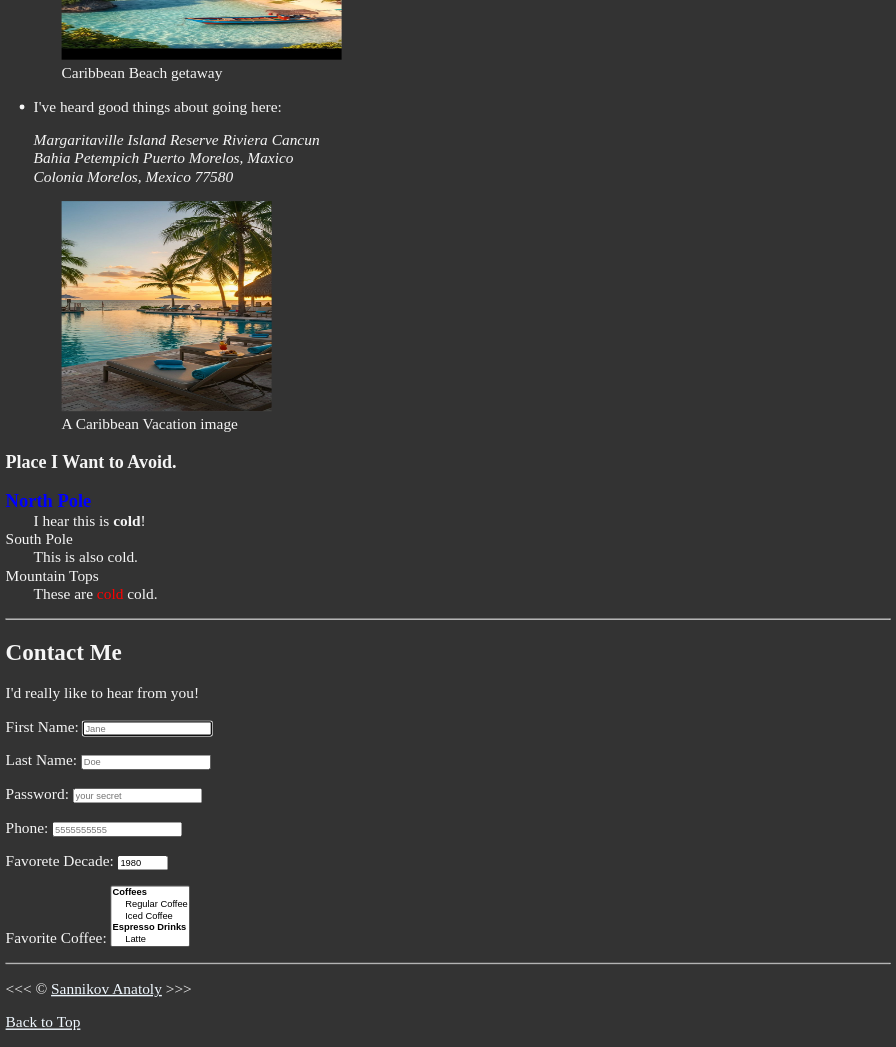
Repository: sannikovcode/exercises-a1
Page: JS/test1/task3/index.html
An editor plug-in stored every save of this project. The page is shown before and after the next save, followed by the edit.
The browser window is 1280 px wide. The pictures show the part of the page from y = 1955 to 3875 px (the page is 3450 px tall before and 3875 px after), at 70% of full size.

Above is the page before, as saved 2025-10-15 09:57:01.

### JS/test1/task3/index.html
<!DOCTYPE html>
<html lang="en">

<head>
  <meta charset="UTF-8">
  <meta name="author" content="Anatoly">
  <meta name="description" content="This page contains all the things. I am learning how to create as I learn HTML.">

  <title>First web page</title>

  <link rel="icon" href="html5.png" type="image/x-icon">
  <link rel="stylesheet" href="main.css" type="text/css">
</head>

<body>
  <header>
    <h1>My Goals for the Year</h1>

    <ol aria-label="primary-navigation">
      <li><a href="#html">Learn HTML</a></li>
      <li><a href="#vacation">Planning a Vacation </a></li>
      <li><a href="#contact">Contact Me </a></li>
    </ol>
  </header>
  <!-- ffasfasdfasdfafsdsfs -->

  <hr>
  <main>
    <article id="html">
      <h2>I'm Ready to Learn HTML</h2>
      <p>This is my first web page.</p>
      <section>
        <h3>HTML5</h3>
        <img src="img/html-logo.jpg" alt="HTML5 Logo" title="I am learning HTML5" width="300" height="300">
        <figure>
          <figcaption>An Example of HTML5 code</figcaption>
          <p>
            <code>&lt;h1&gt;Hello World!&lt;/h1&gt;</code>
          </p>
        </figure>
      </section>
      <section>
        <h3>My Daily Schedule</h3>
        <p>Let me tell you how:</p>
        <ol>
          <li>... I learn more about web dev.</li>
          <li>... I plan out my schedule.</li>
          <li>
            ... I use resources from
            <abbr title="Mozilla Developer Network">
              <a href="https://developer.mozilla.org/">MDN</a> </abbr>.
          </li>
        </ol>
        <aside>
          <details>
            <summary>Guess the <mark>number of hours</mark> I code per day</summary>
            <p>I start at <time datetime="08:00">8 am</time> and
              I write code for <time datetime="PT3H">3 hours</time> every morning</p>
          </details>
        </aside>
        <br>
        <br>
        <table>
          <caption>My Daily Schedule</caption>
          <thead>
            <tr>
              <th>&nbsp;</th>
              <th id="time" scope="col">Time</th>
              <th id="activity" scope="col">Activiry</th>
            </tr>
          </thead>
          <tbody>
            <tr>
              <th id="morning" scope="row">Morning</th>
              <td>
                <time datetime="08:00">8am</time> -
                <time datetime="11:00">11am</time>
              </td>
              <td>Write Code</td>
            </tr>
            <tr>
              <th id="break" scope="row">Break</th>
              <td>
                <time datetime="11:00">11am</time> -
                <time datetime="12:00">12pm</time>
              </td>
              <td>Eat Lunch</td>
            </tr>
            <tr>
              <th id="afternoon" scope="row">Afternoon</th>
              <td>
                <time datetime="12:00">12pm</time> -
                <time datetime="17:00">5pm</time>
              </td>
              <td>Study for Other Courses</td>
            </tr>
            <tr>
              <th id="evening" scope="row">Evening</th>
              <td rowspan="2">All Other Times</td>
              <td>Free Time</td>
            </tr>
            <tr>
              <th id="night" scope="row">Night</th>
              <td>Sleep</td>
            </tr>
          </tbody>
          <tfoot>
            <tr>
              <td colspan="3">And that's what I do every day,
                5 days a week. Just eat, sleep, code ..and
                recharge!
              </td>
            </tr>
          </tfoot>
        </table>



      </section>
    </article>

    <hr>
    <article id="Vacation">
      <h2>I Am Also Planning a Vacation</h2>
      <p>I've been working hard and <em>really need a getaway.</em></p>
      <p>I live in <abbr title="Kansas">KS</abbr> so I want visit a beach.</p>

      <section>
        <h3>Place I'd Like to Visit</h3>
        <ul>
          <li>
            <p>I've heard good things about the Caribben.</p>
            <figure>
              <img src="img/caribbean.jpg" alt="caribbean beach" title="I want to visit a caribbean" width="400"
                height="225" loading="lazy">
              <figcaption>Caribbean Beach getaway</figcaption>
            </figure>
          </li>
          <li>
            <p>I've heard good things about going here:</p>
            <address>
              Margaritaville Island Reserve Riviera Cancun<br>
              Bahia Petempich Puerto Morelos, Maxico<br>
              Colonia Morelos, Mexico 77580
            </address>

            <figure>
              <img src="img/vocation.jpg" alt="Cancun Vacation" title="I want a vacation" width="300" height="300"
                loading="lazy">
              <figcaption>
                A Caribbean Vacation image
              </figcaption>
            </figure>

          </li>
        </ul>
      </section>

      <!--TODO: Add more places-->


      <section>

        <h3>Place I Want to Avoid.</h3>
        <dl>
          <dt><span class="North">North Pole</span></dt>
          <dd>I hear this is <strong>cold</strong>!</dd>

          <dt>South Pole</dt>
          <dd>This is also cold.</dd>
          <dt>Mountain Tops</dt>
          <dd>These are <span style="color: red;">cold</span> cold.</dd>
        </dl>
      </section>
    </article>

    <hr>
    <article id="contact">
      <h2>Contact Me</h2>
      <p>I'd really like to hear from you!</p>


      <form action="https://httpbin.org/get" method="get">
        <p>
          <label for="firstName">First Name:</label>
          <input type="text" name="first" id="firstName" placeholder="Jane" autocomplete="on" required autofocus>
        </p>
        <p>
          <label for="lastName">Last Name:</label>
          <input type="text" name="first" id="lastName" placeholder="Doe" autocomplete="on" required>
        </p>
        <p>
          <label for="password">Password:</label>
          <input type="password" name="password" id="password" placeholder="your secret" required>
        </p>
        <p>
          <label for="phone">Phone:</label>
          <input type="tel" name="phone" id="phone" placeholder="5555555555" pattern="[0-9]{3}[0-9]{3}[0-9]{4}"
            required>
        </p>
        <p>
          <label for="decade">Favorete Decade:</label>
          <input type="number" name="decade" id="decade" min="1950" max="2020" step="10" value="1980">
        </p>
        <p>
          <label for="coffee">Favorite Coffee:</label>
          <select name="coffee" id="coffee" multiple size="5">
            <optgroup label="Coffees">
              <option value="regular coffee">Regular Coffee</option>
              <option value="iced coffee">Iced Coffee</option>
            </optgroup>
            <optgroup label="Espresso Drinks">
              <option value="latte">Latte</option>
              <option value="cappuction">Cappuction</option>
              <option value="cortado">Cortado</option>
              <option value="americano">Americano</option>
            </optgroup>
            <option value="other">Other</option>

          </select>
        </p>
      </form>

    </article>
  </main>

  <hr>

  <footer>
    <p>
      &lt;&lt;&lt; &copy; <a href="about.html">Sannikov Anatoly</a> &gt;&gt;&gt;
    </p>

    <p>
      <a href="#">Back to Top</a>
    </p>
  </footer>

</body>

</html>

### JS/test1/task3/main.css
html {
  font-size: 22px;
}

body {
  background-color: #333;
  color: whitesmoke;
}

a {
  color: aliceblue;
}

a:visited {
  color: lightgray;
}

a:hover,
a:active {
  color: #eee;
}

/*================ Мои эксперементы ================== */
  .North {
    color: blue;
    font-weight: bold;
    font-size: 1.2em;
}

/*======== Из видео продолжение ============*/

table, tr, th, td, caption {
        border: 1px solid #eee;
        font-family: 'Courier New', Courier, monospace;
        border-collapse: collapse;
        padding: 0.5rem;
}

After the next save:
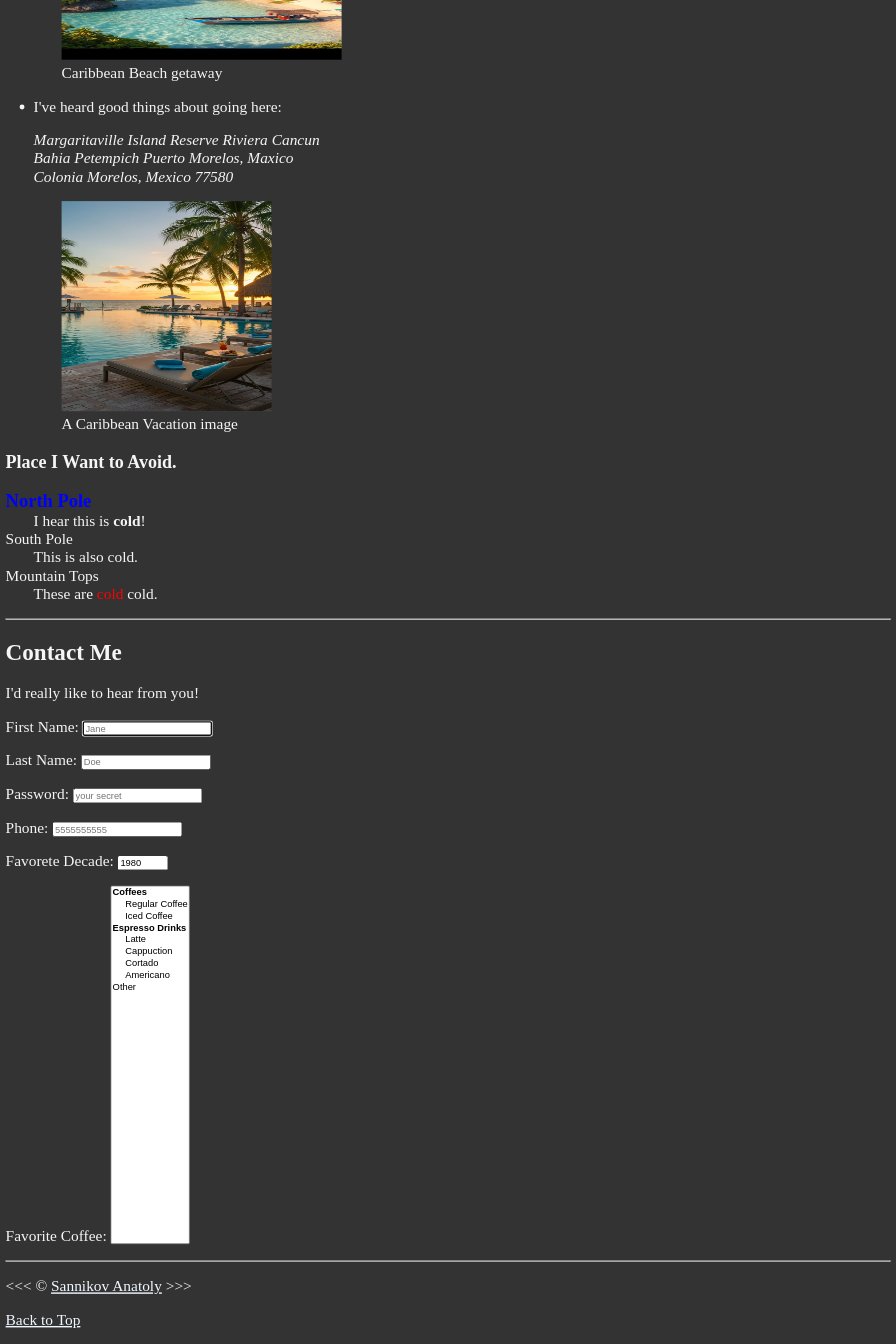
Saved 18 s later.
--- a/JS/test1/task3/index.html
+++ b/JS/test1/task3/index.html
@@ -204,7 +204,7 @@
         </p>
         <p>
           <label for="coffee">Favorite Coffee:</label>
-          <select name="coffee" id="coffee" multiple size="5">
+          <select name="coffee" id="coffee" multiple size="30">
             <optgroup label="Coffees">
               <option value="regular coffee">Regular Coffee</option>
               <option value="iced coffee">Iced Coffee</option>
